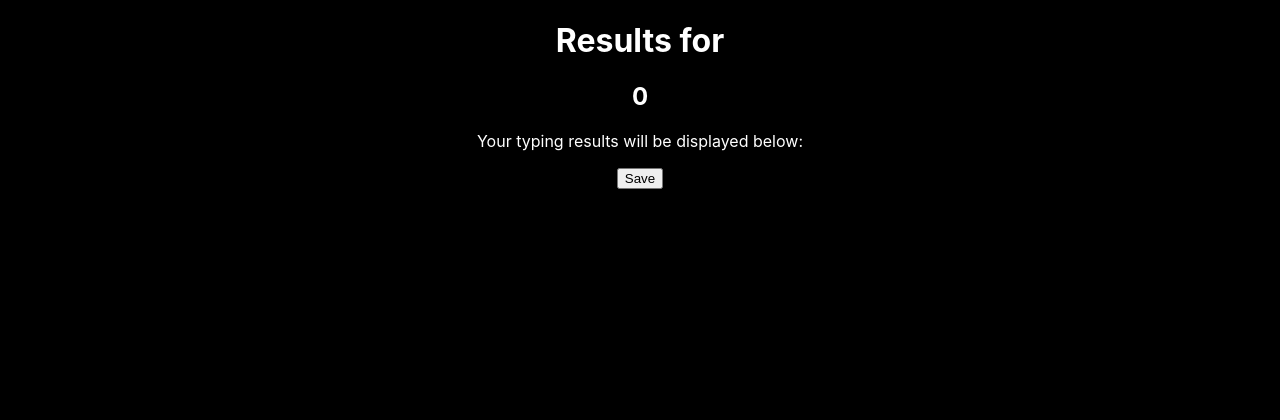
Repository: abhaysharma20233009/swiftKey
Page: /results (app in frontend/my-app/)
The author's editor kept a copy of each file at every save. The page is drawn from the files as they stood at one save, then again after the next save.
The browser window is 1280 px wide. The pictures show the whole page.
The page's requests for data from a server got no answer. The project was rebuilt for these pictures with package versions that can differ from the ones it lists, and the page was loaded fresh each time. No one was signed in, and anything a server would have sent is missing. Also part of the build but not shown: frontend/my-app/src/Swifts.js, frontend/my-app/src/Login.js.

Above is the page before, as saved 2024-10-10 15:27:34.

### frontend/my-app/src/App.js
//App.js

import './App.css';
import React from 'react';
import { BrowserRouter as Router, Route, Routes } from 'react-router-dom';
import Swift from './Swifts';
import Results from './Results';
import Login from './Login';
const App = () => {
    return (
        <Router>
			<div className="App">
            <Routes>
                <Route path="/" element={<Swift />} />
                <Route path="/results" element={<Results />} />
                <Route path="/login" element={<Login />} />
            </Routes>
			</div>
        </Router>
    );
};

export default App;

### frontend/my-app/src/App.css
.App {
  text-align: center;
  color:white;
}

body{
  background-color:black;
}

.log{
  color:black;
  margin-left: 10px;
  margin-right: 10px;
  background-color: skyblue;
  border-radius: 10px;
  height:50px;
  width:200px;
  justify-self: end;
  font-size: x-large;
}



.para{
  width:10%;
}

### frontend/my-app/src/Results.js
import React, { useState, useEffect } from 'react';
import { useLocation } from 'react-router-dom';

function Results() {
    const [info, setInfo] = useState([]);
    const location = useLocation();
    const wordTyped = location.state?.currentWordIndex || 0; // Get currentWordIndex from state
    const username = location.state?.username || '';

    const fetchUser = async () => {
        try {
            const response = await fetch('http://localhost:7000/update_info');
            const data = await response.json();
            // Filter data for the specific user
            const userData = data.filter((msg) => msg.username === username);
            setInfo(userData);
        } catch (error) {
            console.error('Error fetching info:', error);
        }
    };

    const saveResults = async () => {
        try {
            const response = await fetch('http://localhost:7000/check-user', {
                method: 'POST',
                headers: {
                    'Content-Type': 'application/json',
                },
                body: JSON.stringify({ username }),
            });

            if (response.ok) {
                try {
                    await fetch('http://localhost:7000/update_info', {
                        method: 'POST',
                        headers: {
                            'Content-Type': 'application/json',
                        },
                        body: JSON.stringify({ username, wordTyped }),
                    });
                    await fetchUser(); // Fetch updated user data
                } catch (error) {
                    console.error('Error saving results:', error);
                }
            }
        } catch (error) {
            console.error('Error checking user:', error);
        }
    };

    // Fetch user data on component mount
    useEffect(() => {
        fetchUser();
    }, []);

    return (
        <div style={{ textAlign: 'center', marginTop: '20px' }}>
            <h1>Results for {username}</h1> {/* Display username here */}
            <h2>{wordTyped}</h2>
            <p>Your typing results will be displayed below:</p>
            <ul>
                {info.map((msg) => (
                    msg.words_typed.map((wordObj, index) => (
                        <li key={`${msg._id}-${index}`}>
                            <strong>   {wordObj.word}            :</strong>{new Date(wordObj.timestamp).toLocaleString()}
                        </li>
                    ))
                ))}
            </ul>
            <button onClick={saveResults}>Save</button>
        </div>
    );
}

export default Results;

Loaded but not shown: frontend/my-app/public/index.html (common file); frontend/my-app/src/index.js (common file); frontend/my-app/src/index.css (common file); frontend/my-app/src/reportWebVitals.js (common file)

After the next save:
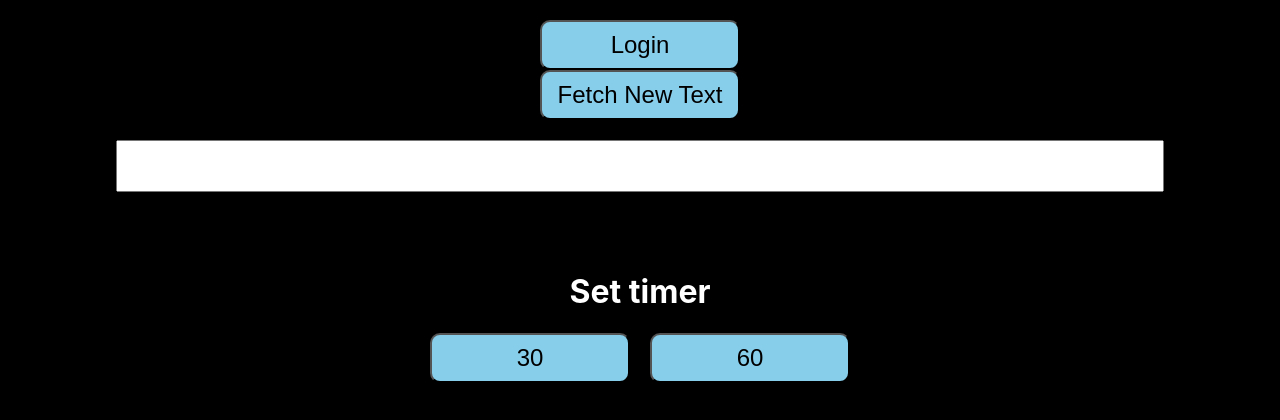
Saved 42 s later.
--- a/frontend/my-app/src/Results.js
+++ b/frontend/my-app/src/Results.js
@@ -1,75 +1,108 @@
 import React, { useState, useEffect } from 'react';
-import { useLocation } from 'react-router-dom';
+import { useNavigate, useLocation } from 'react-router-dom';
 
-function Results() {
-    const [info, setInfo] = useState([]);
+function Swifts() {
+    const [message, setMessage] = useState('');
+    const [inputValue, setInputValue] = useState('');
+    const [currentWordIndex, setCurrentWordIndex] = useState(0);
+    const [time, setTime] = useState(0);
+    const navigate = useNavigate();
     const location = useLocation();
-    const wordTyped = location.state?.currentWordIndex || 0; // Get currentWordIndex from state
+
+    // Retrieve username from location state
     const username = location.state?.username || '';
 
-    const fetchUser = async () => {
+    const fetchMessages = async () => {
         try {
-            const response = await fetch('http://localhost:7000/update_info');
+            const response = await fetch('http://localhost:7000/random-paragraph');
             const data = await response.json();
-            // Filter data for the specific user
-            const userData = data.filter((msg) => msg.username === username);
-            setInfo(userData);
+            if (data && typeof data === 'string') {
+                setMessage(data);
+                setInputValue('');
+                setCurrentWordIndex(0);
+            } else {
+                console.error('Invalid data format:', data);
+            }
         } catch (error) {
-            console.error('Error fetching info:', error);
+            console.error('Error fetching messages:', error);
         }
     };
 
-    const saveResults = async () => {
-        try {
-            const response = await fetch('http://localhost:7000/check-user', {
-                method: 'POST',
-                headers: {
-                    'Content-Type': 'application/json',
-                },
-                body: JSON.stringify({ username }),
-            });
+    useEffect(() => {
+        fetchMessages();
+    }, []);
 
-            if (response.ok) {
-                try {
-                    await fetch('http://localhost:7000/update_info', {
-                        method: 'POST',
-                        headers: {
-                            'Content-Type': 'application/json',
-                        },
-                        body: JSON.stringify({ username, wordTyped }),
-                    });
-                    await fetchUser(); // Fetch updated user data
-                } catch (error) {
-                    console.error('Error saving results:', error);
-                }
+    useEffect(() => {
+        if (time > 0) {
+            const timer = setTimeout(() => {
+                navigate('/results', { state: { currentWordIndex, username } });
+            }, time * 1000);
+
+            return () => clearTimeout(timer);
+        }
+    }, [time, currentWordIndex, navigate, username]);
+
+    const handleInputChange = (e) => {
+        const value = e.target.value;
+        setInputValue(value);
+
+        const words = message.split(' ');
+        const currentWord = words[currentWordIndex];
+
+        if (currentWord && currentWord.startsWith(value.trim())) {
+            if (value.trim() === currentWord) {
+                setCurrentWordIndex((prevIndex) => prevIndex + 1);
+                setInputValue('');
             }
-        } catch (error) {
-            console.error('Error checking user:', error);
         }
     };
 
-    // Fetch user data on component mount
-    useEffect(() => {
-        fetchUser();
-    }, []);
+    const words = message.split(' ');
+    const currentWord = words[currentWordIndex] || '';
 
     return (
         <div style={{ textAlign: 'center', marginTop: '20px' }}>
-            <h1>Results for {username}</h1> {/* Display username here */}
-            <h2>{wordTyped}</h2>
-            <p>Your typing results will be displayed below:</p>
-            <ul>
-                {info.map((msg) => (
-                    msg.words_typed.map((wordObj, index) => (
-                        <li key={`${msg._id}-${index}`}>
-                            <strong>   {wordObj.word}            :</strong>{new Date(wordObj.timestamp).toLocaleString()}
-                        </li>
-                    ))
-                ))}
-            </ul>
-            <button onClick={saveResults}>Save</button>
+            {username && <h2>Welcome, {username}!</h2>}
+            <button className="log" onClick={() => navigate('/login')}>Login</button>
+            <br />
+            <button className="log" onClick={fetchMessages}>Fetch New Text</button>
+            <br />
+            <input
+                type="text"
+                value={inputValue}
+                onChange={handleInputChange}
+                style={{
+                    fontSize: '24px',
+                    width: '80%',
+                    padding: '10px',
+                    margin: '20px 0',
+                }}
+                placeholder={currentWord.slice(inputValue.length)}
+            />
+            <div style={{ fontSize: '24px', marginTop: '10px', textAlign: 'left' }}>
+                {words.map((word, index) => {
+                    const isCurrentWord = index === currentWordIndex;
+                    const isTypedWord = index < currentWordIndex;
+
+                    return (
+                        <span
+                            key={index}
+                            style={{
+                                padding: '0 5px',
+                                color: isCurrentWord ? 'blue' : (isTypedWord ? 'gray' : 'white'),
+                                textDecoration: isTypedWord ? 'line-through' : 'none',
+                            }}
+                        >
+                            {word}
+                        </span>
+                    );
+                })}
+            </div>
+            <h1>Set timer</h1>
+            <button className="log" onClick={() => setTime(30)}>30</button>
+            <button className="log" onClick={() => setTime(60)}>60</button>
         </div>
     );
 }
 
-export default Results;
+export default Swifts;
